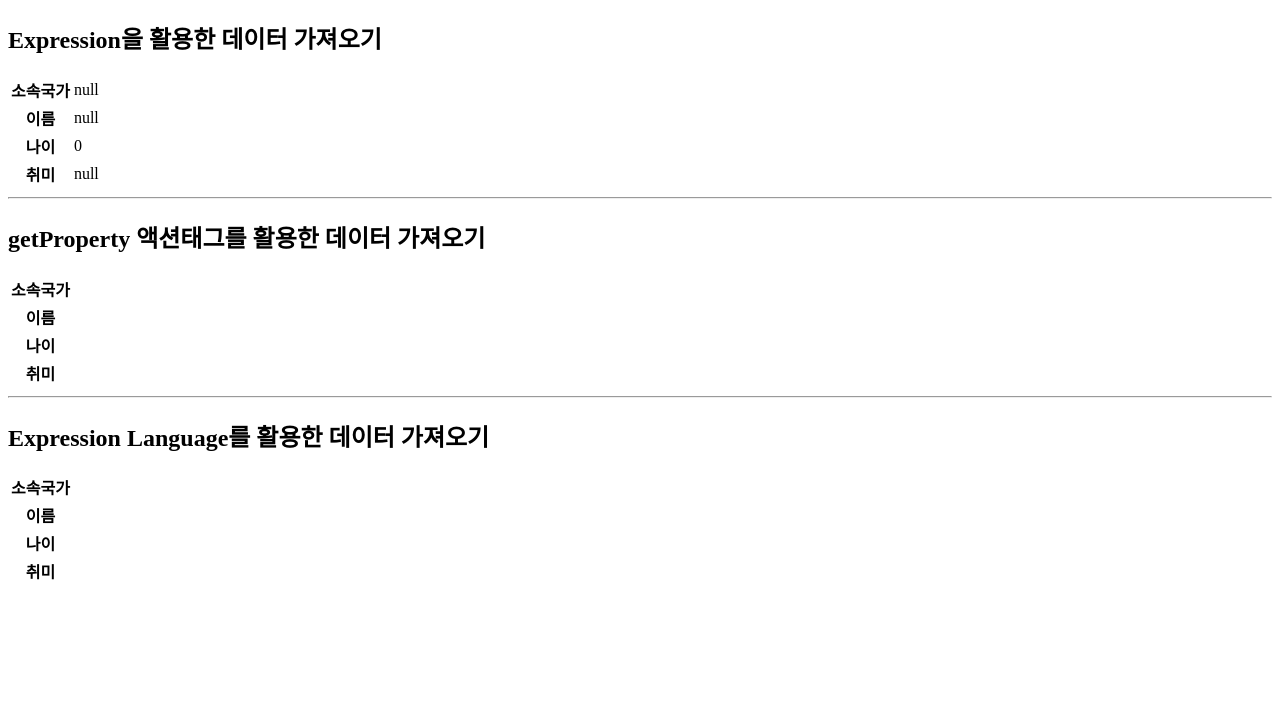
Repository: okgunyang/jsp
Page: http://localhost/practice02/08GetProperty.jsp
These files come from the project's save history. The page is drawn as it stood at one moment and after the next save; the edit follows.
The browser window is 1280 px wide. The pictures show the whole page.
The page is served by Tomcat 9.

Above is the page before, as saved 2022-11-10 07:41:28.

After the next save:
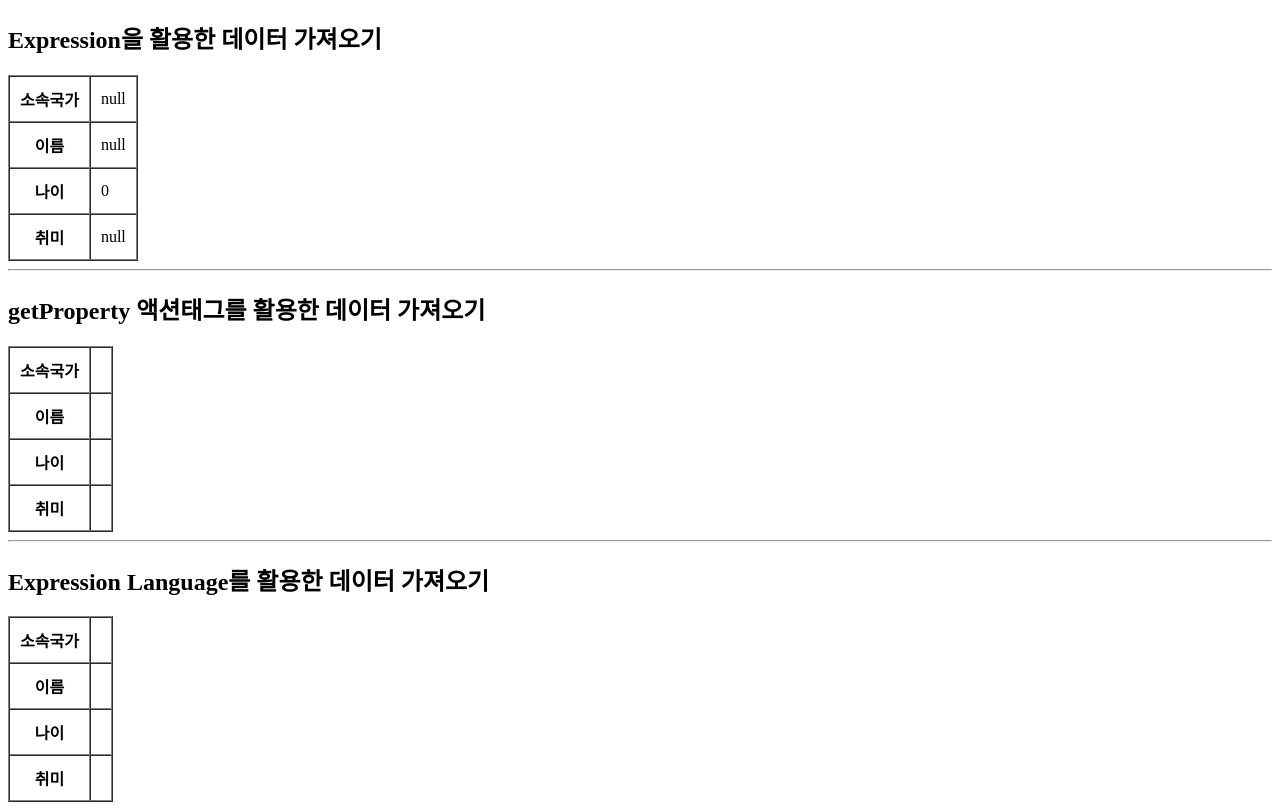
Saved 10 s later.
--- a/practice02/WebContent/08GetProperty.jsp
+++ b/practice02/WebContent/08GetProperty.jsp
@@ -15,7 +15,7 @@
 </head>
 <body>
 <h2>Expression을 활용한 데이터 가져오기</h2>
-<table class="table">
+<table class="table" border="1" cellpadding="10" cellspacing="0">
 	<tr>
 		<th>소속국가</th>
 		<td><%=b.getCountry() %></td>
@@ -35,7 +35,7 @@
 </table>
 <hr>
 <h2>getProperty 액션태그를 활용한 데이터 가져오기</h2>
-<table class="table">
+<table class="table" border="1" cellpadding="10" cellspacing="0">
 	<tr>
 		<th>소속국가</th>
 		<td></td>
@@ -55,7 +55,7 @@
 </table>
 <hr>
 <h2>Expression Language를 활용한 데이터 가져오기</h2>
-<table class="table">
+<table class="table" border="1" cellpadding="10" cellspacing="0">
 	<tr>
 		<th>소속국가</th>
 		<td></td>
